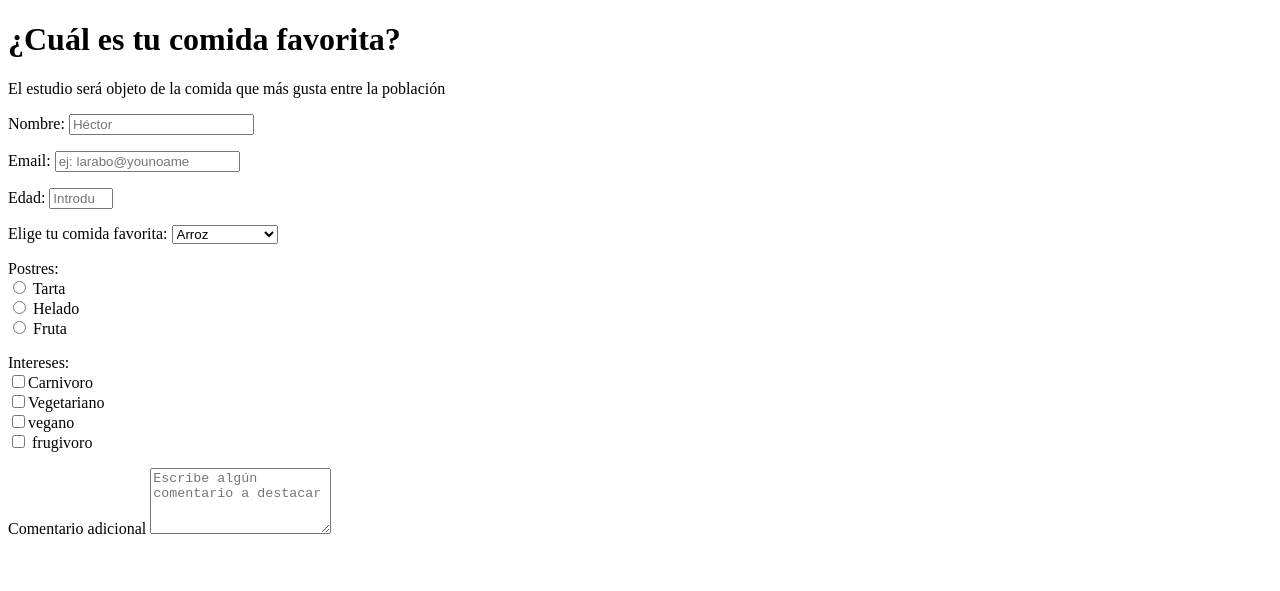
Repository: Fidesone/Form
Page: form/Index.html
These files come from the project's save history. The page is drawn as it stood at one moment and after the next save; the edit follows.
The browser window is 1280 px wide. The pictures show the whole page.

Above is the page before, as saved 2020-09-24 11:11:59.

### form/Index.html
<!DOCTYPE html>
<html>
<head>
<meta charset="ISO-8859-1">
<title>Formulario</title>
</head>
<body>
<h1 id="title">¿Cuál es tu comida favorita?</h1>
<p id="desciption">El estudio será objeto de la comida que más gusta entre la población</p>
<form id="survey-form">
	<p id="name">Nombre: <input type="text" placeholder="Héctor" id="name-label"></p>
	<p id="email">Email: <input type="email" placeholder="ej: larabo@younoame" id="email-label"></p>
	<p id="number">Edad: <input type="number" placeholder="Introduce tu edad" id="number-label" required pattern=[0-9] min="0" max="100"></p>

	<label >Elige tu comida favorita:</label>
	<select id="dropdown">

		<option value="arroz">Arroz</option>
		<option value="pasta">Pasta</option>
		<option value="paella">Paella</option>
		<option value="pizza">Pizza</option>
		<option value="hamburguesa">Hamburguesa</option>
	</select>
	<p>
		Postres:<br>
		<input type="radio" name="comida" value="tarta"> Tarta <br>
		<input type="radio" name="comida" value="helado"> Helado <br>
		<input type="radio" name="comida" value="fruta"> Fruta <br>
	</p>

	<!-- teniendo el valor "checkbox" en su atributo type, representa un control de dos estados que permite a los usuarios marcarlo como seleccionado o deseleccionado.  -->
	<p>
		Intereses:<br>
		<input type="checkbox" name="carnivoro">Carnivoro<br>
		<input type="checkbox" name="vegetariano">Vegetariano<br>
		<input type="checkbox" name="vegano">vegano<br>
		<input type="checkbox" name="frugívoro"> frugivoro <br>
	</p>
	<label for="comentarios">Comentario adicional</label>
	<textarea id="comentarios" rows="4" placeholder="Escribe algún comentario a destacar"></textarea>
</form>
</body>
</html>

After the next save:
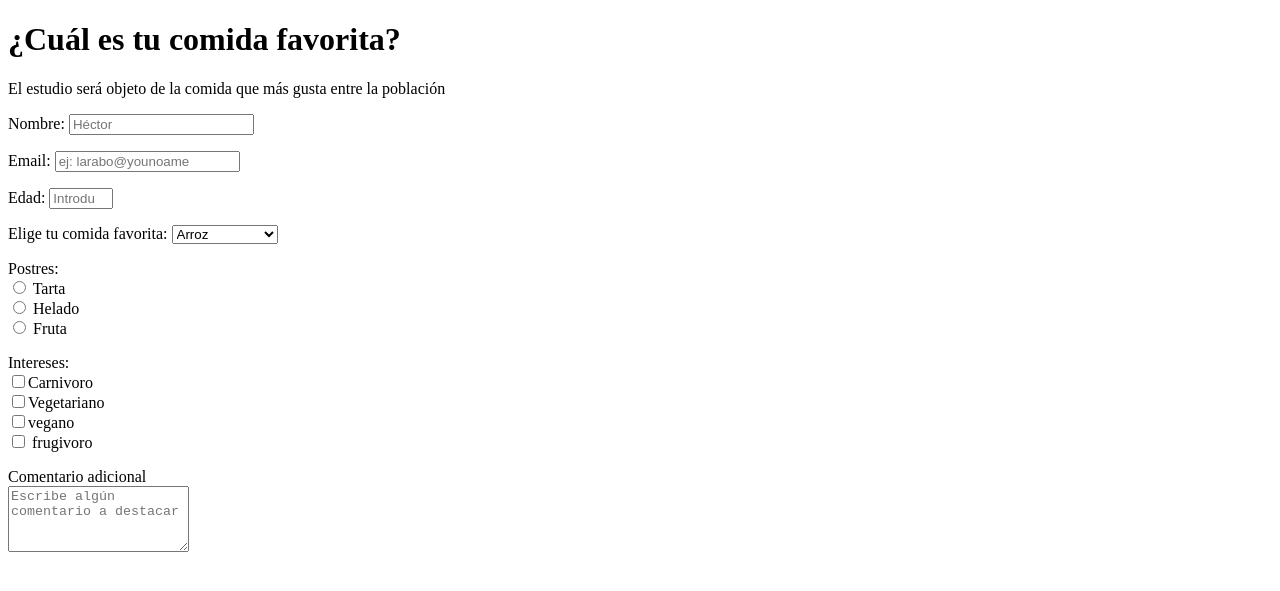
Saved 13 s later.
--- a/form/Index.html
+++ b/form/Index.html
@@ -36,7 +36,7 @@
 		<input type="checkbox" name="vegano">vegano<br>
 		<input type="checkbox" name="frugívoro"> frugivoro <br>
 	</p>
-	<label for="comentarios">Comentario adicional</label>
+	<label for="comentarios">Comentario adicional</label> <br>
 	<textarea id="comentarios" rows="4" placeholder="Escribe algún comentario a destacar"></textarea>
 </form>
 </body>
